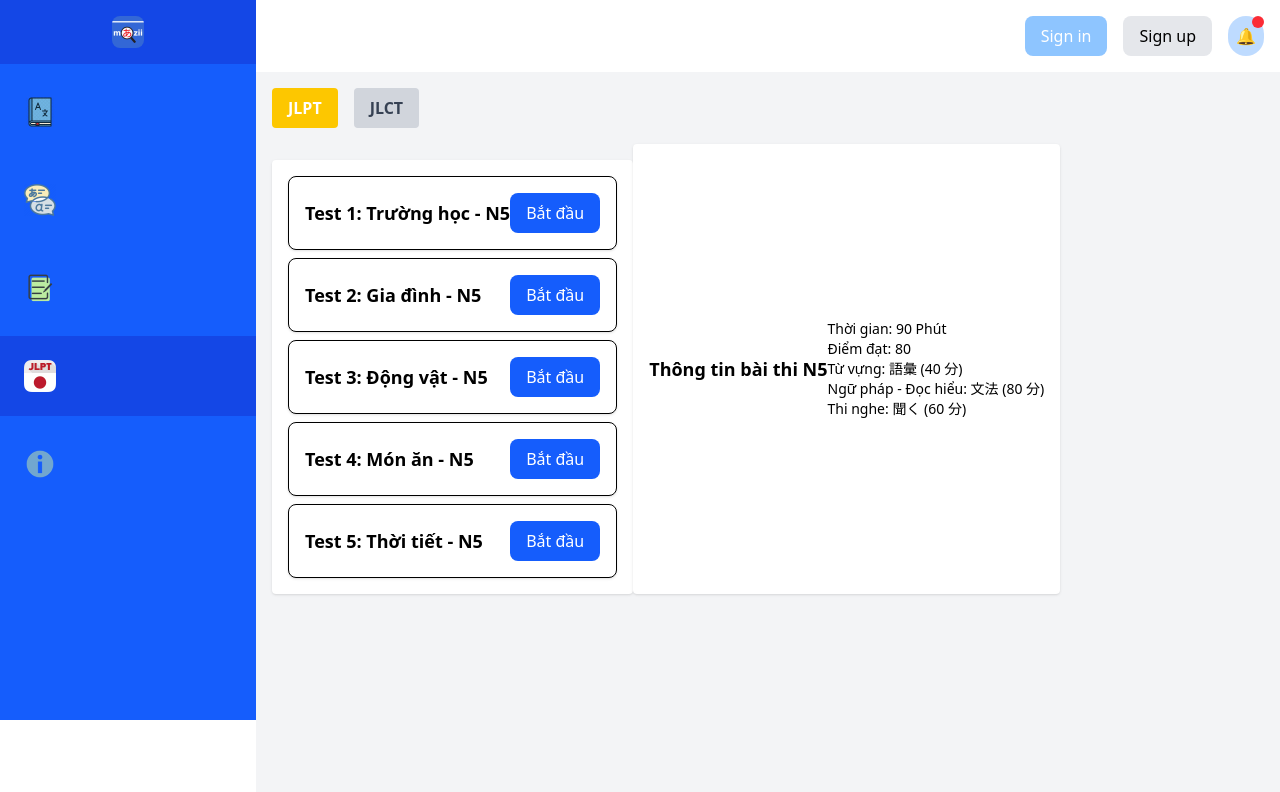
Repository: reminzuetto/JapaneseTranslationApp
Page: /jlpt
These files come from the project's save history. The page is drawn as it stood at one moment and after the next save; the edit follows.
The browser window is 1280 px wide. The pictures show the whole page.
The page's requests for data from a server got no answer. The project was rebuilt for these pictures with package versions that can differ from the ones it lists, and the page was loaded fresh each time. No one was signed in, and anything a server would have sent is missing. Also part of the build but not shown: vite.config.js, src/components/Header/NotificationItem.jsx, src/components/SeachBar/DropDownButton.jsx, src/components/SeachBar/SearchInput.jsx, src/components/SeachBar/SearchBar.jsx, src/pages/Home.jsx, src/Firebase.jsx, src/pages/SignInForm.jsx and 8 more.

Above is the page before, as saved 2025-03-19 08:21:08.

After the next save:
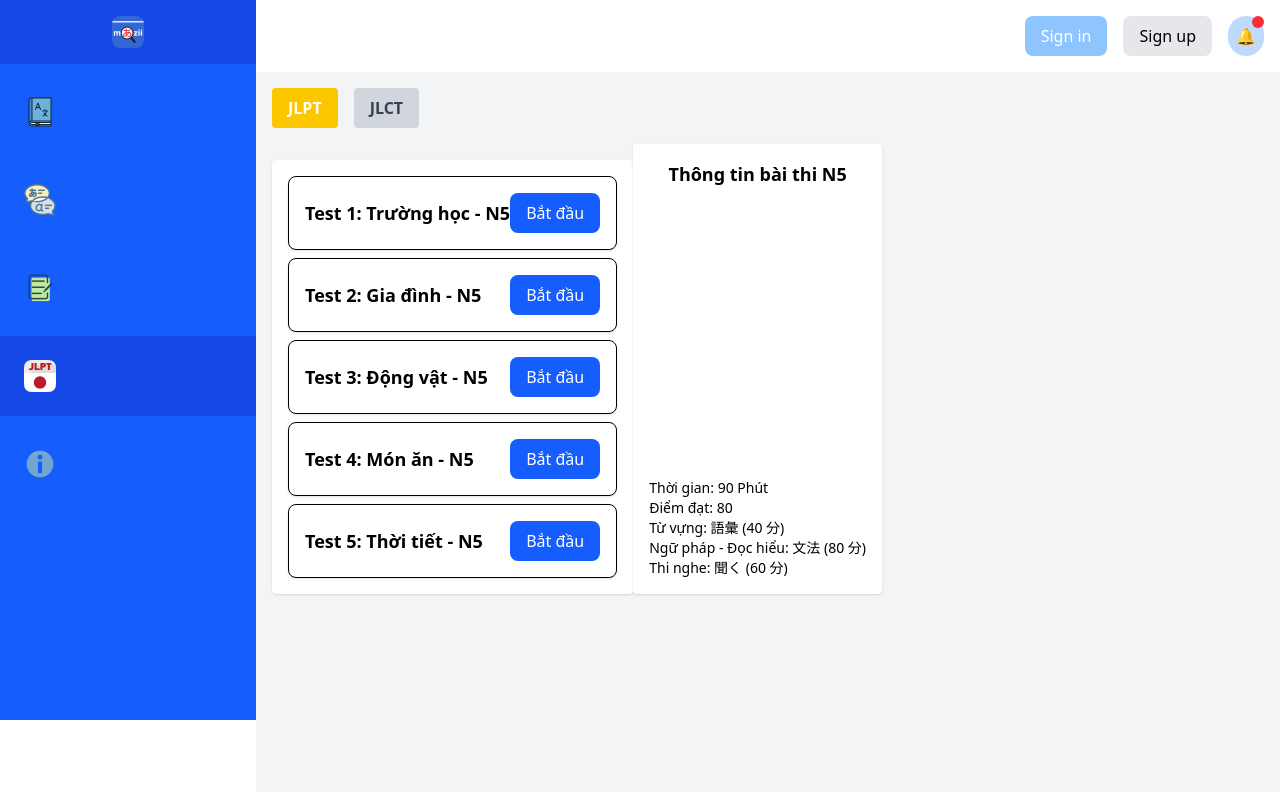
Saved 38 s later.
--- a/src/pages/JLPTPage.jsx
+++ b/src/pages/JLPTPage.jsx
@@ -38,7 +38,7 @@ const JLPTPage = () => {
             />
           ))}
         </div>
-        <div className="flex justify-between items-center bg-white p-4 rounded shadow">
+        <div className="flex flex-col justify-between items-center bg-white p-4 rounded shadow">
           <h2 className="text-lg font-bold">Thông tin bài thi N5</h2>
           <div className="text-sm">
             <p>Thời gian: 90 Phút</p>
